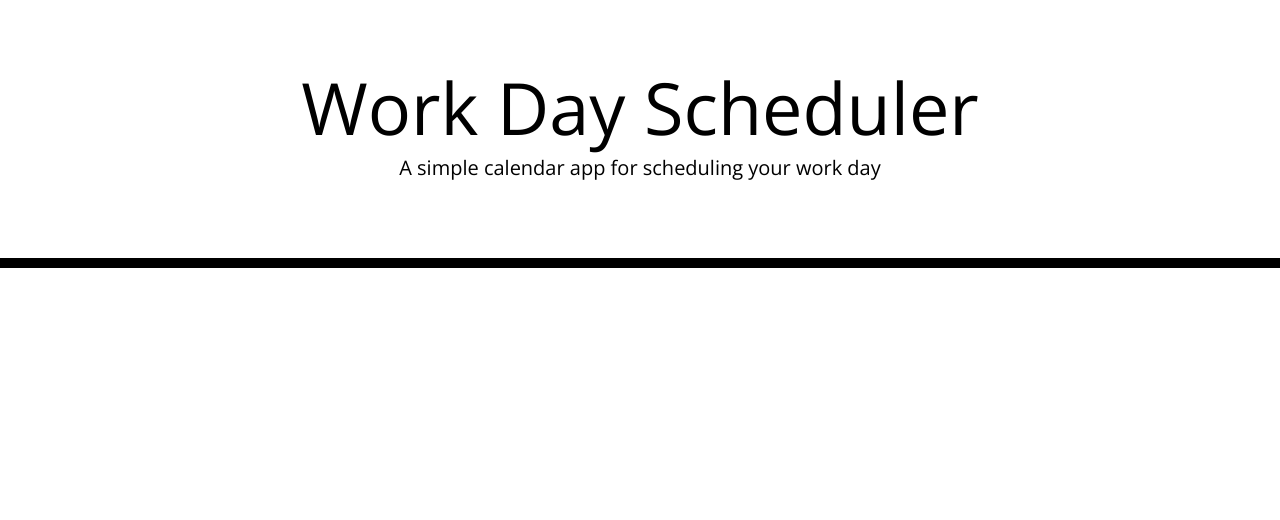
Repository: Naomilounsbury/work-day-scheduler
Page: index.html
These files come from the project's save history. The page is drawn as it stood at one moment and after the next save; the edit follows.
The browser window is 1280 px wide. The pictures show the whole page.
Some web libraries are served in a nearby version.

Above is the page before, as saved 2021-11-30 09:15:54.

### index.html
<!DOCTYPE html>
<html lang="en">
  <head>
    <meta charset="UTF-8" />
    <meta name="viewport" content="width=device-width, initial-scale=1.0" />
    <meta http-equiv="X-UA-Compatible" content="ie=edge" />
    <link
      rel="stylesheet"
      href="https://stackpath.bootstrapcdn.com/bootstrap/4.3.1/css/bootstrap.min.css"
    />
    <link
      rel="stylesheet"
      href="https://use.fontawesome.com/releases/v5.8.1/css/all.css"
      integrity="sha384-50oBUHEmvpQ+1lW4y57PTFmhCaXp0ML5d60M1M7uH2+nqUivzIebhndOJK28anvf"
      crossorigin="anonymous"
    />
    <link
      href="https://fonts.googleapis.com/css?family=Open+Sans&display=swap"
      rel="stylesheet"
    />
    <link rel="stylesheet" href="./assets/css/style.css" />
    <title>Work Day Scheduler</title>
  </head>

  <body>
    <header class="jumbotron">
      <h1 class="display-3">Work Day Scheduler</h1>
      <p class="lead">A simple calendar app for scheduling your work day</p>
      <p id="currentDay" class="lead"></p>
    </header>
    <div class="container">
      <!-- Timeblocks go here -->
    </div>

    <script src="https://code.jquery.com/jquery-3.4.1.min.js"></script>
    <script src="https://cdnjs.cloudflare.com/ajax/libs/moment.js/2.24.0/moment.min.js"></script>
  </body>
</html>

### assets/css/style.css
body {
  font-family: 'Open Sans', sans-serif;
  font-size: 16px;
  line-height: 1;
}

textarea{
  background: transparent;
  border: none;
  resize: none;
  color: #000000;
  border-left: 1px solid black;
  padding: 10px;
}

.jumbotron {
  text-align: center;
  background-color: transparent;
  color: black;
  border-radius: 0;
  border-bottom: 10px solid black;
}

.description{
  white-space: pre-wrap;
}

.time-block{
  text-align: center;
  border-radius: 15px;
}

.row {
  white-space: pre-wrap;
  height: 80px;
  border-top: 1px solid white;;
}

.hour {
  background-color: #ffffff;
  color: #000000;
  border-top: 1px dashed #000000;
}

.past {
  background-color: #d3d3d3;
  color: white;
}

.present {
  background-color: #ff6961;
  color: white;
}

.future {
  background-color: #77dd77;
  color: white;
}

.saveBtn {
  border-left: 1px solid black;
  border-top-right-radius: 15px;
  border-bottom-right-radius: 15px;
  background-color: #06AED5;
  color: white;
}

.saveBtn i:hover {
  font-size: 20px;
  transition: all .3s ease-in-out;
}

After the next save:
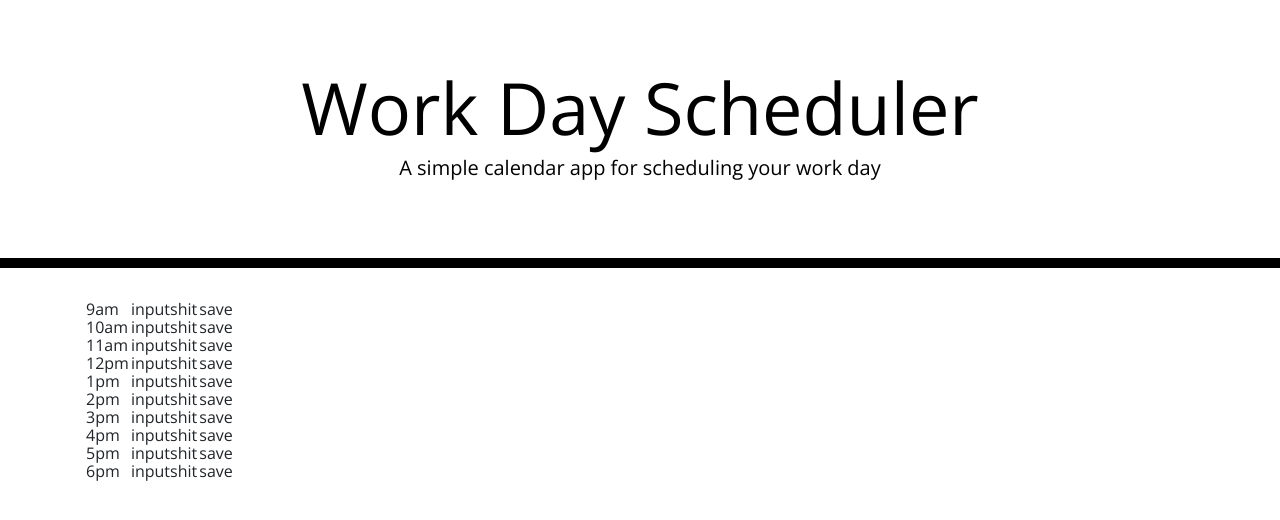
Saved 23 min 39 s later.
--- a/index.html
+++ b/index.html
@@ -30,6 +30,50 @@
     </header>
     <div class="container">
       <!-- Timeblocks go here -->
+      <table>
+        <tr>
+          <td>9am</td>
+          <td>inputshit</td>
+          <td>save</td>
+        </tr>
+        <tr>
+          <td>10am</td>
+          <td>inputshit</td>
+          <td>save</td>
+        </tr><tr>
+          <td>11am</td>
+          <td>inputshit</td>
+          <td>save</td>
+        </tr><tr>
+          <td>12pm</td>
+          <td>inputshit</td>
+          <td>save</td>
+        </tr><tr>
+          <td>1pm</td>
+          <td>inputshit</td>
+          <td>save</td>
+        </tr><tr>
+          <td>2pm</td>
+          <td>inputshit</td>
+          <td>save</td>
+        </tr><tr>
+          <td>3pm</td>
+          <td>inputshit</td>
+          <td>save</td>
+        </tr><tr>
+          <td>4pm</td>
+          <td>inputshit</td>
+          <td>save</td>
+        </tr><tr>
+          <td>5pm</td>
+          <td>inputshit</td>
+          <td>save</td>
+        </tr><tr>
+          <td>6pm</td>
+          <td>inputshit</td>
+          <td>save</td>
+        </tr>
+      </table>
     </div>
 
     <script src="https://code.jquery.com/jquery-3.4.1.min.js"></script>
